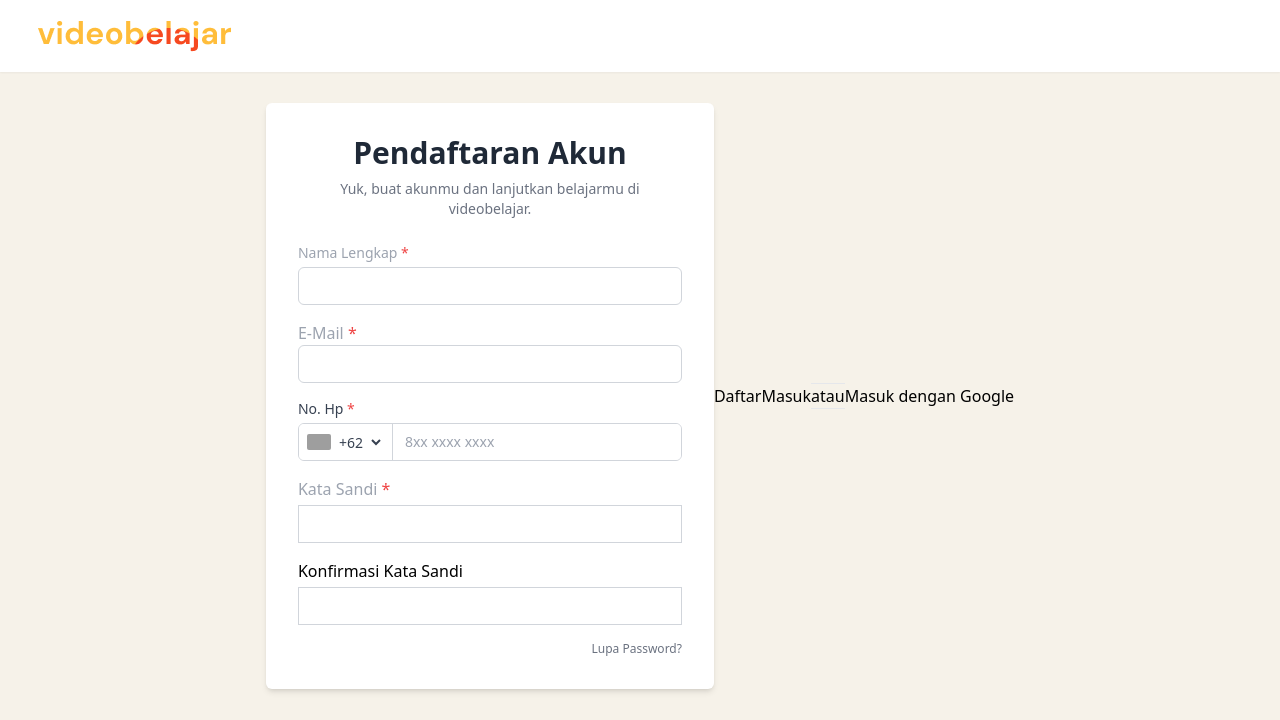
Repository: dimascahyanugraha/Course-Mission-4
Page: /signup
An editor plug-in stored every save of this project. The page is shown before and after the next save, followed by the edit.
The browser window is 1280 px wide. The pictures show the whole page.
Pictures or frames that could not be fetched are drawn as grey boxes. The project was rebuilt for these pictures with package versions that can differ from the ones it lists, and the page was loaded fresh each time. Also part of the build but not shown: vite.config.js, src/components/LoginPage.jsx.

Above is the page before, as saved 2026-05-29 19:43:47.

### index.html
<!doctype html>
<html lang="en">
  <head>
    <meta charset="UTF-8" />
    <link rel="icon" type="image/svg+xml" href="/favicon.svg" />
    <meta name="viewport" content="width=device-width, initial-scale=1.0" />
    <title>video-belajar</title>
  </head>
  <body>
    <div id="root"></div>
    <script type="module" src="/src/main.jsx"></script>
  </body>
</html>

### src/index.css
@tailwind base;
@tailwind components;
@tailwind utilities;

/* optional reset */
body {
  font-family: system-ui, sans-serif;
}

### src/App.jsx
import { BrowserRouter, Routes, Route, Navigate } from "react-router-dom"; // ← tambah Navigate
import LoginPage from "./components/LoginPage";
import Signup from "./components/Signup";

export default function App() {
  return (
    <BrowserRouter>
      <Routes>
        <Route path="/" element={<Navigate to="/login" />} />{" "}
        {/* ← tambah ini */}
        <Route path="/login" element={<LoginPage />} />
        <Route path="/signup" element={<Signup />} />
      </Routes>
    </BrowserRouter>
  );
}

### src/components/Signup.jsx
import logoVideoBelajar from "../assets/logo_video_belajar.png";
import indonesia from "../assets/indonesia.png";

export default function Signup() {
  return (
    <div className="min-h-screen bg-[#f6f2e9] flex flex-col">
      <header className="bg-white py-2 px-4 shadow-sm">
        <img src={logoVideoBelajar} alt="logo" />
      </header>

      <main className="flex flex-auto justify-center items-center px-4">
        <div className="bg-white w-full max-w-md rounded-md shadow-md p-8">
          <h2 className="text-3xl font-bold text-gray-800 text-center">
            Pendaftaran Akun
          </h2>
          <p className="text-gray-500 text-sm text-center mt-2">
            Yuk, buat akunmu dan lanjutkan belajarmu di videobelajar.
          </p>
          <form className="mt-6 space-y-4">
            <div>
              <label className="block text-sm text-gray-400">
                Nama Lengkap <span className="text-red-500">*</span>
              </label>
              <input
                type="name"
                className="mt-1 w-full border border-gray-300 rounded-md px-3 py-2 text-sm focus:outline-none focus:ring-2 focus:ring-green-500"
              />
            </div>
            <div>
              <label className="block text-md text-gray-400">
                E-Mail <span className="text-red-500">*</span>
              </label>
              <input
                type="email"
                className="mg-1 w-full border border-gray-300 px-3 py-2 text-sm focus:outline-none focus:ring-2 focus:ring-green-500 rounded-md"
              />
            </div>
            {/* NO. HP */}
            <div>
              <label className="block text-sm font-medium text-gray-700">
                No. Hp <span className="text-red-500">*</span>
              </label>
              <div className="mt-1 flex rounded-md border border-gray-300 overflow-hidden focus-within:ring-2 focus-within:ring-green-500">
                <div className="flex items-center gap-1 px-2 bg-white border-r border-gray-300">
                  <img
                    src={indonesia}
                    alt="flag ID"
                    className="w-6 h-4 rounded-sm object-cover"
                  />
                  <select className="text-sm text-gray-700 focus:outline-none bg-transparent cursor-pointer pr-1">
                    <option value="+62">+62</option>
                    <option value="+18">+18</option>
                  </select>
                </div>
                <input
                  type="tel"
                  placeholder="8xx xxxx xxxx"
                  className="flex-1 px-3 py-2 text-sm text-gray-700 focus:outline-none"
                />
              </div>
            </div>{" "}
            {/* ← div No.Hp ditutup di sini */}
            <div>
              <label className="block text-gray-400 text-md ">
                Kata Sandi <span className="text-red-500">*</span>
              </label>
              <input
                type="password"
                className="w-full mt-1 text-sm border border-gray-300 px-3 py-2 focus:outline-none focus:ring-2 focus:ring-green-500"
              />
            </div>
            <div>
              <label>Konfirmasi Kata Sandi</label>
              <input
                type="password"
                className="w-full mt-1 text-sm border border-gray-300 px-3 py-2 focus:outline-none focus:ring-2 focus:ring-green-500"
              />
            </div>
            <div className="flex justify-end text-sm text-gray-500">
              <a href="#" className="text-xs text-gray-500 hover:underline">
                Lupa Password?
              </a>
            </div>
          </form>{" "}
          {/* ← form ditutup setelah semua input */}
        </div>
        <button>Daftar</button>
        <button>Masuk</button>
        <div>
          <hr className="flex-1 border-gray-200" />
          atau
          <hr className="flex-1 border-gray-200" />
        </div>
        {/* GOOGLE SIGN IN */}
        <button>Masuk dengan Google</button>
      </main>
    </div>
  );
}

### tailwind.config.js
/** @type {import('tailwindcss').Config} */
export default {
  content: ["./indexedDB.html", "./src/**/*.{js,ts,jsx,tsx}"],
  theme: {
    extend: {},
  },
  plugins: [],
};

Loaded but not shown: src/main.jsx (common file)

After the next save:
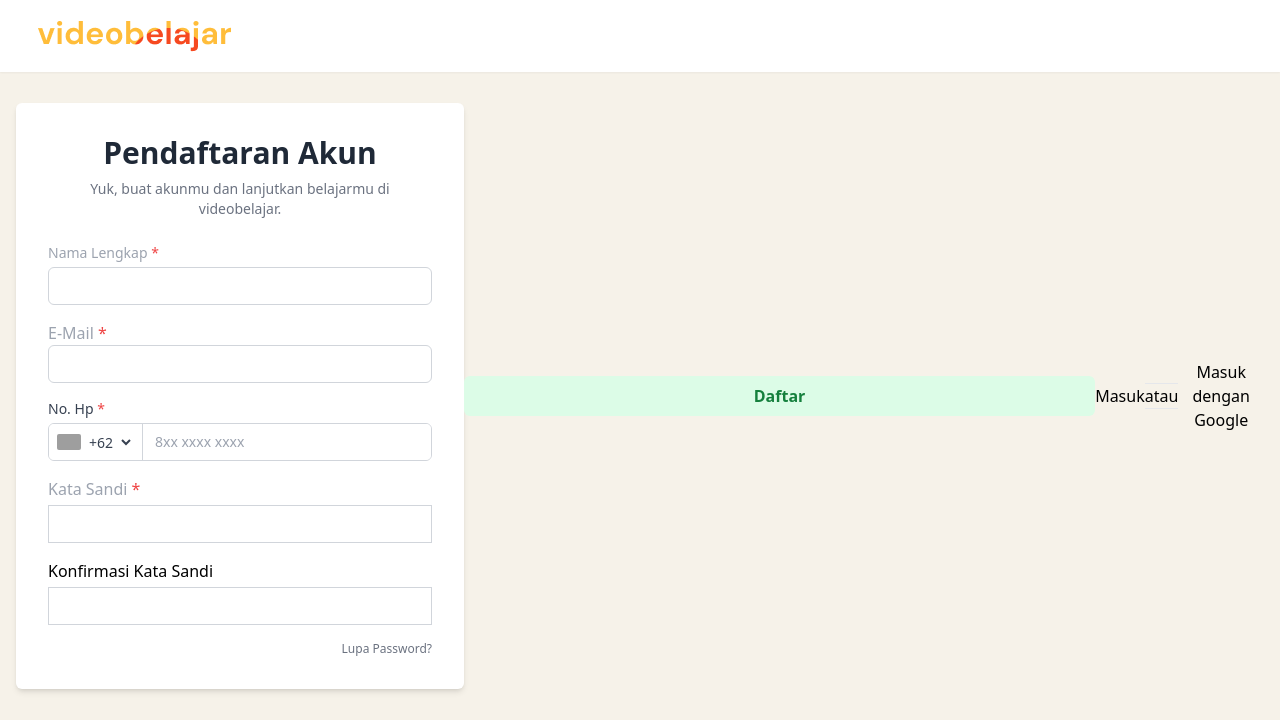
Saved 4 h 31 min later.
--- a/src/components/Signup.jsx
+++ b/src/components/Signup.jsx
@@ -84,7 +84,9 @@ export default function Signup() {
           </form>{" "}
           {/* ← form ditutup setelah semua input */}
         </div>
-        <button>Daftar</button>
+        <button className="w-full bg-green-100 text-green-700 font-semibold py-2 rounded-md hover:bg-green-200 transition">
+          Daftar
+        </button>
         <button>Masuk</button>
         <div>
           <hr className="flex-1 border-gray-200" />
